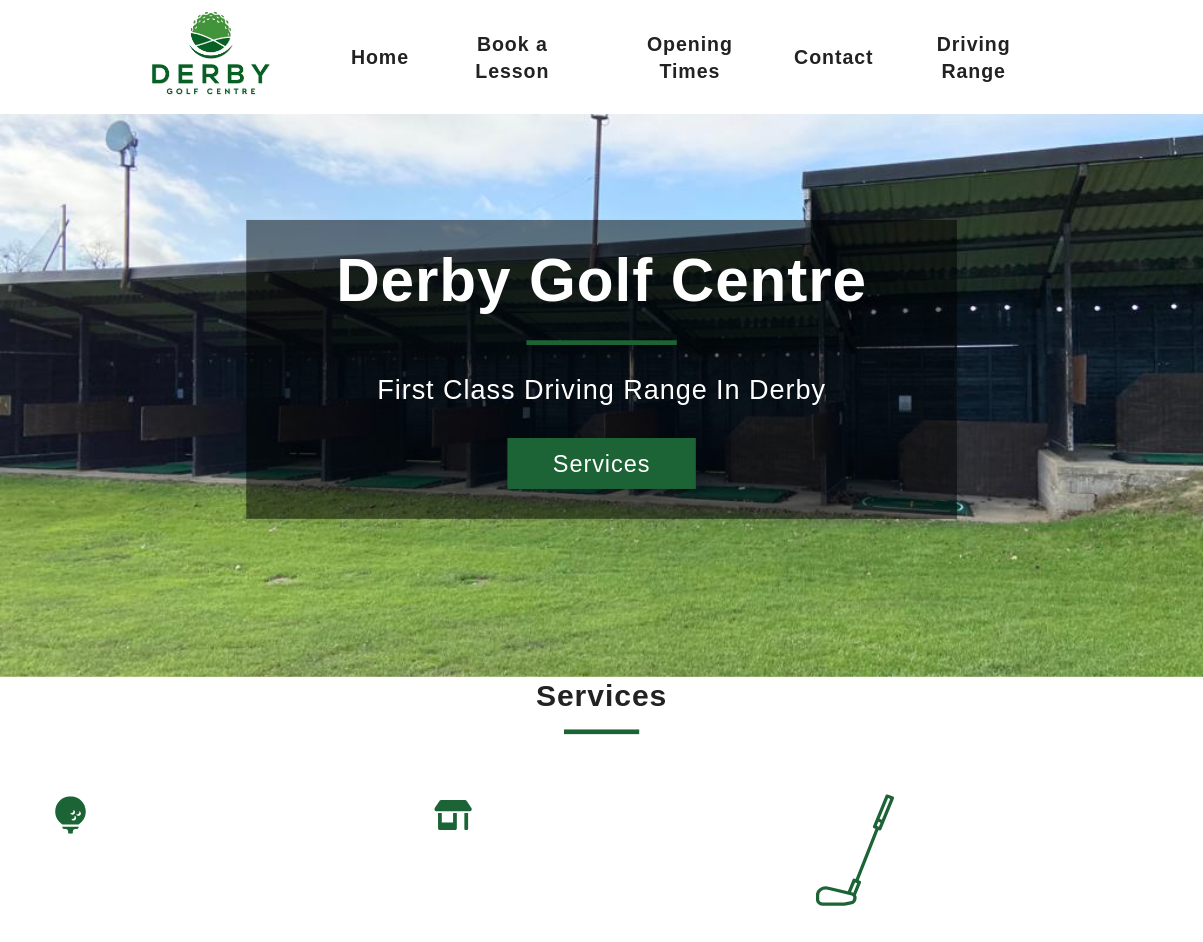
Repository: frankinstyyn/nigeljamesconsulting
Page: /
The author's editor kept a copy of each file at every save. The page is drawn from the files as they stood at one save, then again after the next save.
The browser window is 1280 px wide. The pictures show the whole page, at 94% of full size.
Some web fonts or font styles are not loaded; a fallback is used. The project was rebuilt for these pictures with package versions that can differ from the ones it lists, and the page was loaded fresh each time. Also part of the build but not shown: src/pages/Lesson.js, src/pages/SingleRoom.js, src/pages/Error.js.

Above is the page before, as saved 2021-01-08 17:35:59.

### public/index.html
<!DOCTYPE html>
<html lang="en">
  <head>
    <meta charset="utf-8" />
    <link rel="icon" href="%PUBLIC_URL%/favicon.ico" />
    <meta name="viewport" content="width=device-width, initial-scale=1" />
    <meta name="theme-color" content="#000000" />
    <meta
      name="description"
      content="Web site created using create-react-app"
    />
    <link rel="apple-touch-icon" href="%PUBLIC_URL%/logo192.png" />
    <!--
      manifest.json provides metadata used when your web app is installed on a
      user's mobile device or desktop. See https://developers.google.com/web/fundamentals/web-app-manifest/
    -->
    <link rel="manifest" href="%PUBLIC_URL%/manifest.json" />
    <!--
      Notice the use of %PUBLIC_URL% in the tags above.
      It will be replaced with the URL of the `public` folder during the build.
      Only files inside the `public` folder can be referenced from the HTML.

      Unlike "/favicon.ico" or "favicon.ico", "%PUBLIC_URL%/favicon.ico" will
      work correctly both with client-side routing and a non-root public URL.
      Learn how to configure a non-root public URL by running `npm run build`.
    -->
    <title>Derby Golf Centre</title>
  </head>
  <body>
    <noscript>You need to enable JavaScript to run this app.</noscript>
    <div id="root"></div>
    <!--
      This HTML file is a template.
      If you open it directly in the browser, you will see an empty page.

      You can add webfonts, meta tags, or analytics to this file.
      The build step will place the bundled scripts into the <body> tag.

      To begin the development, run `npm start` or `yarn start`.
      To create a production bundle, use `npm run build` or `yarn build`.
    -->
  </body>
</html>

### src/index.js
import React from "react";
import ReactDOM from "react-dom";
import "./index.css";
import { BrowserRouter as Router } from "react-router-dom";
import App from "./App";
import reportWebVitals from "./reportWebVitals";

ReactDOM.render(
  <Router>
    <App />
  </Router>,
  document.getElementById("root")
);

// If you want to start measuring performance in your app, pass a function
// to log results (for example: reportWebVitals(console.log))
// or send to an analytics endpoint. Learn more: https://bit.ly/CRA-vitals
reportWebVitals();

### src/index.css
@import url("https://fonts.googleapis.com/css2?family=Darker+Grotesque:wght@300;800&display=swap");

body {
  margin: 0;
  font-family: -apple-system, BlinkMacSystemFont, "Segoe UI", "Roboto", "Oxygen",
    "Ubuntu", "Cantarell", "Fira Sans", "Droid Sans", "Helvetica Neue",
    sans-serif;
  -webkit-font-smoothing: antialiased;
  -moz-osx-font-smoothing: grayscale;
}

code {
  font-family: source-code-pro, Menlo, Monaco, Consolas, "Courier New",
    monospace;
}

### src/App.js
import "./App.css";
import Home from "./pages/Home";
import Lesson from "./pages/Lesson";
import SingleRoom from "./pages/SingleRoom";
import Error from "./pages/Error";

import { Route, Switch } from "react-router-dom";

import Navbar from "./components/Navbar";

function App() {
  return (
    <>
      <Navbar />
      <Switch>
        <Route exact path="/" component={Home} />
        <Route exact path="/lesson" component={Lesson} />
        <Route exact path="/lesson/:slug" component={SingleRoom} />
        <Route component={Error} />
      </Switch>
    </>
  );
}

export default App;

### src/App.css
* {
  margin: 0;
  padding: 0;
  box-sizing: border-box;
  font-family: "Darker Grotesque", sans-serif;
}
:root {
  --primaryColor: #1c6435;
  --mainWhite: #fff;
  --offWhite: #f7f7f7;
  --mainBlack: #222;
  --mainGrey: #ececec;
  --darkGrey: #cfcfcf;
  --mainTransition: all 0.3s linear;
  --mainSpacing: 1px;
  --lightShadow: 2px 5px 3px 0px rgba(0, 0, 0, 0.5);
  --darkShadow: 4px 10px 5px 0px rgba(0, 0, 0, 0.5);
}
/* globals */
body {
  padding-top: 66px;
  color: var(--mainBlack);
  background: var(--mainWhite);
  font-family: Verdana, Geneva, Tahoma, sans-serif;
  line-height: 1.4;
}
h1 {
  font-size: 3em;
  line-height: 1;
  margin-bottom: 0.5em;
}
h2 {
  font-size: 2em;
  margin-bottom: 0.75em;
}
h3 {
  font-size: 1.5em;
  line-height: 1;
  margin-bottom: 1em;
}
h4 {
  font-size: 1.2em;
  line-height: 1.25;
  margin-bottom: 1.25em;
}
h5 {
  font-size: 1em;
  font-weight: bold;
  margin-bottom: 1.5em;
}
h6 {
  font-size: 1em;
  font-weight: bold;
  margin-bottom: 1.5em;
}

.btn-primary {
  display: inline-block;
  text-decoration: none;
  letter-spacing: var(--mainSpacing);
  color: var(--mainWhite);
  background: var(--primaryColor);
  padding: 0.4rem 0.9rem;
  border: 3px solid var(--primaryColor);
  transition: var(--mainTransition);
  /* text-transform: uppercase; */
  cursor: pointer;
  width: 200px;
  font-size: 25px;
}
.btn-primary:hover {
  background: transparent;
  color: var(--primaryColor);
}
.loading {
  text-transform: capitalize;
  text-align: center;
  margin-top: 3rem;
}
.error {
  text-align: center;
  text-transform: uppercase;
  margin: 2rem 0;
}
.empty-search {
  text-align: center;
  text-transform: capitalize;
  margin: 2rem 0;
  padding: 1rem;
  letter-spacing: var(--mainSpacing);
}
/* end of globals */
/* Navbar */
.logo {
  height: 91px;
}
.navbar {
  position: fixed;
  top: 0;
  left: 0;
  width: 100%;
  padding: 0.75rem 2rem;
  background: var(--mainWhite);
  z-index: 1;
  display: inline-block;
  vertical-align: middle;
  text-align: center;
}
.nav-header {
  display: flex;
  justify-content: space-between;
}
.nav-btn {
  background: transparent;
  border: none;
  cursor: pointer;
  outline: none;
  color: red;
}
.nav-icon {
  font-size: 1.5rem;
  color: var(--primaryColor);
}
.nav-links {
  height: 0;
  overflow: hidden;
  transition: var(--mainTransition);
  list-style-type: none;
  align-items: center;
}
.nav-links a {
  display: block;
  text-decoration: none;
  padding: 1rem;
  color: var(--mainBlack);
  transition: var(--mainTransition);
  text-align: center;
  font-size: 1.3rem;
  font-weight: 600;
  letter-spacing: var(--mainSpacing);
}
.nav-links a:hover {
  color: var(--mainWhite);
  background: var(--primaryColor);
}

.show-nav {
  height: 310px;
}
@media screen and (min-width: 1028px) {
  .nav-btn {
    display: none;
  }
  .nav-center {
    max-width: 1170px;
    margin: 0 10%;
    display: flex;
  }
  .nav-links {
    height: auto;
    display: flex;
    margin-left: 4rem;
  }
  .nav-links a {
    /* margin: 0 1rem; */
    padding: 1rem;
  }
}
/* end of navbar */
/* Hero */
.defaultHero,
.lessonHero {
  min-height: calc(100vh - 66px);
  background: url("./images/defaultBcg.jpeg") center/cover no-repeat;
  display: flex;
  align-items: center;
  justify-content: center;
}
.lessonHero {
  background-image: url("./images/room-2.jpeg");
  /* min-height: 60vh; */
}
/* End of Hero */
/* Banner */
.banner {
  display: inline-block;
  background: rgba(0, 0, 0, 0.5);
  color: var(--mainWhite);
  padding: 2rem 1rem;
  text-align: center;
  text-transform: capitalize;
  letter-spacing: var(--mainSpacing);
}
.banner h1 {
  font-size: 2.5rem;
}
.banner div {
  width: 10rem;
  height: 5px;
  background: var(--primaryColor);
  margin: 1.7rem auto;
}
.banner p {
  font-size: 1.8rem;
  margin-bottom: 2rem;
}
@media screen and (min-width: 576px) {
  .banner {
    padding: 2rem 3rem;
  }
  .banner h1 {
    font-size: 3rem;
  }
}
@media screen and (min-width: 992px) {
  .banner {
    padding: 2rem 6rem;
  }
  .banner h1 {
    font-size: 4rem;
  }
}
/* End of Banner */
/* Title */
.section-title {
  text-align: center;
  margin-bottom: 4rem;
}
.section-title h4 {
  font-size: 2rem;
  letter-spacing: var(--mainSpacing);
  text-transform: capitalize;
  margin-bottom: 1rem;
}
.section-title div {
  width: 5rem;
  height: 5px;
  margin: 0 auto;
  background: var(--primaryColor);
}
/* end of Title */

/* services */
.services {
  padding: 5rem 0;
}
.services {
  background: var(--darkGrey);
  text-align: center;
}
.services-center {
  width: 90vw;
  margin: 0 auto;
  display: grid;
  grid-template-columns: repeat(auto-fit, minmax(255px, 1fr));
  grid-row-gap: 2rem;
  grid-column-gap: 50px;
}
.service span {
  display: inline-block;
  color: var(--primaryColor);
  font-size: 2.5rem;
  margin-bottom: 1.5rem;
}
.services h6 {
  letter-spacing: var(--mainSpacing);
}
.services p {
  width: 80%;
  margin: 0 auto;
}
@media screen and (min-width: 992px) {
  .services-center {
    width: 95vw;
    max-width: 1170px;
  }
}

@media screen and (min-width: 1200px) {
  .services p {
    width: 100%;
  }
}
/*end of services */
/* featured rooms */

.featured-rooms {
  padding: 5rem 0;
}
.featured-rooms-center {
  width: 80vw;
  margin: 0 auto;
  display: grid;
  grid-template-columns: repeat(auto-fit, minmax(270px, 1fr));
  grid-row-gap: 2rem;
  grid-column-gap: 40px;
}
@media screen and (min-width: 776px) {
  .featured-rooms-center {
    width: 90vw;
    grid-template-columns: repeat(auto-fit, minmax(330px, 1fr));
  }
}
@media screen and (min-width: 992px) {
  .featured-rooms-center {
    width: 95vw;
    max-width: 1170px;
  }
}
/* end pf featured rooms */
/* room */
.room {
  box-shadow: var(--lightShadow);
  transition: var(--mainTransition);
}
.room:hover {
  box-shadow: var(--darkShadow);
}

.img-container {
  position: relative;
}
.img-container img {
  width: 100%;
  display: block;
  transition: var(--mainTransition);
}
.price-top {
  position: absolute;
  top: 0;
  left: 0;
  background: rgba(0, 0, 0, 0.8);
  color: var(--mainWhite);
  padding: 0.3rem 0.6rem 0.5rem;
  border-bottom-right-radius: 1rem;
  font-size: 0.5rem;
  text-align: center;
  transition: var(--mainTransition);
}
.price-top h6 {
  margin-bottom: 0;
  font-size: 0.9rem;
  font-weight: 300;
  letter-spacing: var(--mainSpacing);
}
.room-link {
  position: absolute;
  top: 50%;
  left: 50%;
  transform: scale(0);
  transition: all 0.3s linear;
}
.img-container:hover {
  background: rgba(0, 0, 0, 0.8);
}
.img-container:hover img {
  opacity: 0.3;
}
.img-container:hover .price-top {
  opacity: 0;
}
.img-container:hover .room-link {
  transform: translate(-50%, -50%) scale(1);
}
.room-info {
  background: var(--darkGrey);
  text-transform: capitalize;
  padding: 0.5rem 0;
  text-align: center;
  font-weight: 700;
  letter-spacing: var(--mainSpacing);
}
/* end of room  */
/* single room*/

.single-room {
  padding: 5rem 0 0 0;
}
.single-room-images {
  width: 80vw;
  margin: 0 auto;
  display: grid;
  grid-template-columns: repeat(auto-fit, minmax(350px, 1fr));
  grid-row-gap: 2rem;
  grid-column-gap: 50px;
}
.single-room-images img {
  width: 100%;
  display: block;
}
.single-room-info {
  width: 80vw;
  display: grid;
  grid-template-columns: 1fr;
  margin: 2rem auto;
}
.desc,
.info {
  margin: 1rem 0;
}
.desc h3 {
  text-transform: capitalize;
  letter-spacing: var(--mainSpacing);
}
.desc p {
  line-height: 1.5;
}
.info h3,
.info h6 {
  text-transform: capitalize;
  letter-spacing: var(--mainSpacing);
}

.info h6 {
  font-weight: 300;
}
.room-extras {
  width: 80vw;
  margin: 0 auto 3rem auto;
}
.room-extras h6 {
  text-transform: capitalize;
  letter-spacing: var(--mainSpacing);
}
.extras {
  list-style-type: none;
  display: grid;
  grid-template-columns: repeat(auto-fit, minmax(330px, 1fr));
  grid-column-gap: 2rem;
  grid-row-gap: 1rem;
}
@media screen and (min-width: 992px) {
  .single-room-images,
  .single-room-info,
  .room-extras {
    width: 95vw;
    max-width: 1170px;
  }
  .single-room-info {
    display: grid;
    grid-template-columns: 1fr 1fr;
    grid-column-gap: 2rem;
  }
  .info {
    padding-left: 3rem;
  }
}
/* end of single room*/
/* roomlist */
.roomslist {
  padding: 5rem 0;
}
.roomslist-center {
  width: 80vw;
  margin: 0 auto;
  display: grid;
  grid-template-columns: repeat(auto-fill, minmax(270px, 1fr));
  grid-row-gap: 2rem;
  grid-column-gap: 30px;
}

@media screen and (min-width: 776px) {
  .roomslist-center {
    width: 90vw;
  }
}
@media screen and (min-width: 992px) {
  .roomslist-center {
    width: 95vw;
    max-width: 1170px;
  }
}
/* end of roomlist */
/*  rooms fitler*/
.filter-container {
  padding: 5rem 0;
}
.filter-form {
  width: 60vw;
  margin: 0 auto;
  display: grid;
  grid-template-columns: repeat(auto-fit, minmax(202px, 1fr));
  grid-row-gap: 2rem;
  grid-column-gap: 40px;
}
.form-group {
  text-transform: capitalize;
}
.form-group label {
  display: block;
  letter-spacing: var(--mainSpacing);
  margin-bottom: 0.5rem;
}
.form-control {
  width: 100%;
  background: transparent;
  font-size: 1rem;
}
.size-inputs {
  display: flex;
}
.size-input {
  width: 40%;
  padding: 0.2rem;
  border: 1px solid var(--mainBlack);
  border-radius: 0.3rem;
  margin-right: 0.3rem;
}
.single-extra label {
  display: inline-block;
  font-size: 0.8rem;
  margin-left: 0.5rem;
}
@media screen and (min-width: 776px) {
  .filter-form {
    width: 70vw;
  }
}
@media screen and (min-width: 992px) {
  .filter-form {
    width: 95vw;
    max-width: 1170px;
  }
}
/* end of rooms fitler*/

### src/pages/Home.js
import React from "react";
import Hero from "../components/Hero";
import Banner from "../components/Banner";
import { Link } from "react-router-dom";
import Services from "../components/Services"

export default function Home() {
  return (
    <>
    <Hero hero="defaultHero" >
      <Banner title="Derby Golf Centre" subtitle="First class Driving Range in Derby">
        <Link to="/lesson" className="btn-primary">
          Services
      </Link>
      </Banner>
      </Hero>
      <Services />
      </>
  );
}

### src/components/Navbar.js
import React, { Component } from "react";
// import { IoGolf } from "react-icons/io5";
import logo from "../images/sdrlogo.jpeg";
import { FaAlignRight } from "react-icons/fa";
import { Link } from "react-router-dom";

export default class Navbar extends Component {
  state = {
    isOpen: false,
  }
  handleToggle = () => {
    this.setState({ isOpen: !this.state.isOpen });
  }
  render() {
    return <nav className="navbar">
      <div class="nav-center">
        <div class="nav-header">
          <Link to="/">
            <img className="logo" src={logo} alt="Derby Golf Centre" />
          </Link>
          <button type="button" className="nav-btn" onClick={this.handleToggle}>
            <FaAlignRight className="nav-icon" />
          </button>
        </div>
        <ul className={this.state.isOpen ? "nav-links show-nav" : "nav-links"}>
          <li>
            <Link to="/">Home</Link>
          </li>
          <li>
            <Link to="/lesson">Book a Lesson</Link>
          </li>
          <li>
            <Link to="/opening-times">Opening Times</Link>
          </li>
          <li>
            <Link to="/contact">Contact</Link>
          </li>
          <li>
            <Link to="/driving-range">Driving Range</Link>
          </li>
        </ul>
      </div>
    </nav>;
  }
}

### src/components/Hero.js
import React from 'react'

export default function Hero({children, hero}) {
    return (
        <header className={hero}>{children}</header>
    )
}

### src/components/Banner.js
import React from 'react'

export default function Banner({children,title,subtitle}) {
    return (
        <div className="banner">
            <h1>{title}</h1>
            <div></div>
            <p>{subtitle}</p>
            {children}
        </div>
    )
}

### src/components/Services.js
import React, { Component } from 'react'
import { FaGolfBall, FaStoreAlt } from 'react-icons/fa'
import golfclub from '../images/golf-club.svg'
import Title from "./Title"


export default class Services extends Component {
    state = {
        services: [
            {
                icon: <FaGolfBall />,
                title: "Driving Range",
                info: "Driving range in Derby with 25 bays, multiple tees etc"
            },
            {
                icon: <FaStoreAlt />,
                title: "Golf Shop",
                info: "Fully stocked pro shop with all kinds of stuff etc"
            },
            {
                icon: <img src={golfclub} alt="Club Services"/>,
                title: "Club Services",
                info: "Driving range in Derby with 25 bays, multiple tees etc"
            }
        ]
    };
    render() {
        return (
            <section className="Services">
                <Title title="services" />
                <div className="services-center">
                    {this.state.services.map((item, index) => {
                        return (
                            <article key={index} className="service">
                                <span>{ item.icon }</span>
                            </article>
                        )
                    })}
                </div>
            </section>
        )
    }
}

Loaded but not shown: src/reportWebVitals.js (common file); src/components/Title.js (common file)

After the next save:
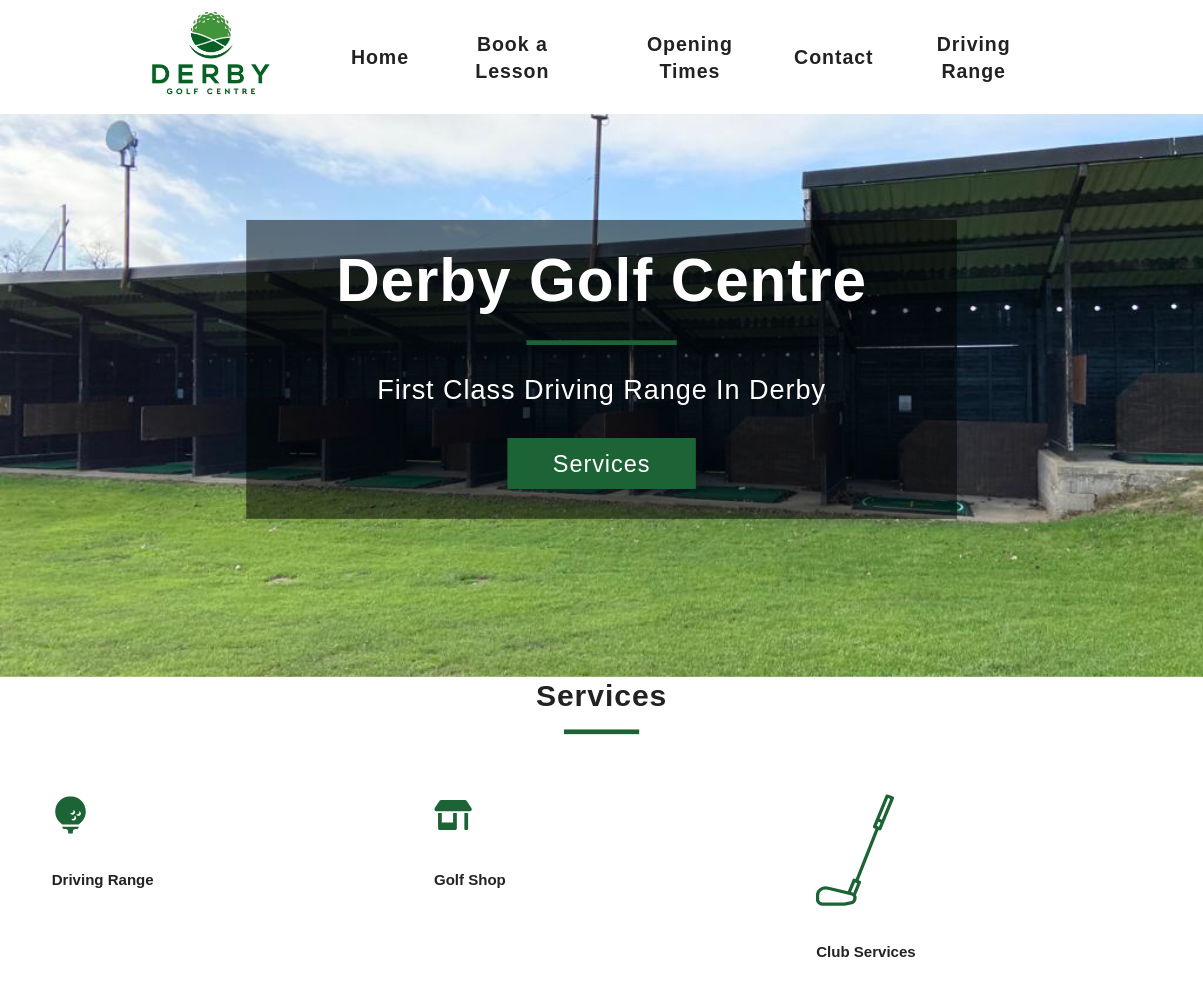
Saved 35 s later.
--- a/src/components/Services.js
+++ b/src/components/Services.js
@@ -32,7 +32,8 @@
                     {this.state.services.map((item, index) => {
                         return (
                             <article key={index} className="service">
-                                <span>{ item.icon }</span>
+                                <span>{item.icon}</span>
+                                <h6>{item.title}</h6>
                             </article>
                         )
                     })}
